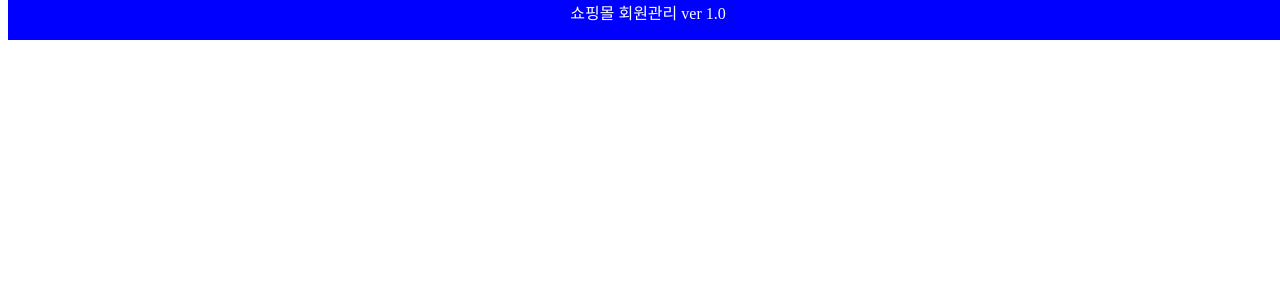
Repository: RnfElwl/youtube_infoT
Page: http://localhost/HRD_30812/
These files come from the project's save history. The page is drawn as it stood at one moment and after the next save; the edit follows.
The browser window is 1280 px wide. The pictures show the whole page.
The page is served by Tomcat 9. Other server files are loaded and not shown.

Above is the page before, as saved 2022-03-10 14:01:06.

### HRD_30812/src/main/webapp/index.jsp
<%@ page language="java" contentType="text/html; charset=UTF-8"
    pageEncoding="UTF-8"%>
<!DOCTYPE html>
<html>
<head>
<meta charset="UTF-8">
<title>index</title>
</head>
<body>
	<header style="position:fixed; top:0px; width:100%; height:40px;
	background-color:blue; color:white; text-align:center; line-height:40px '"> 쇼핑몰 회원관리 ver 1.0</header>

</body>
</html>

After the next save:
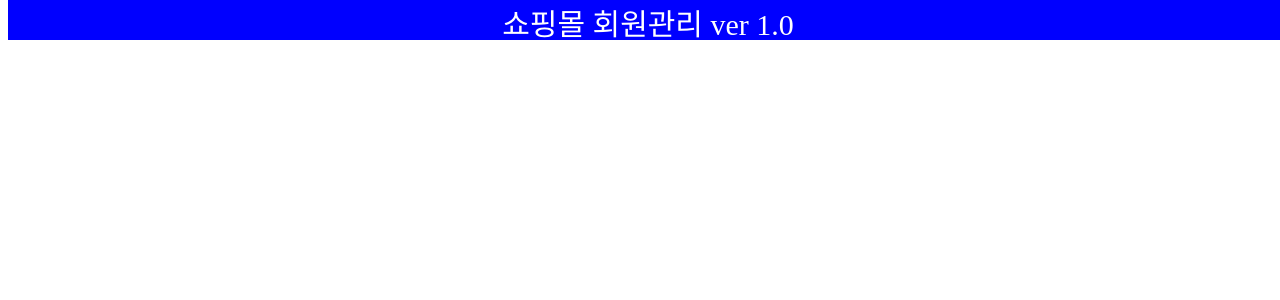
Saved 41 s later.
--- a/HRD_30812/src/main/webapp/index.jsp
+++ b/HRD_30812/src/main/webapp/index.jsp
@@ -8,7 +8,7 @@
 </head>
 <body>
 	<header style="position:fixed; top:0px; width:100%; height:40px;
-	background-color:blue; color:white; text-align:center; line-height:40px '"> 쇼핑몰 회원관리 ver 1.0</header>
+	background-color:blue; color:white;font-size:30px; text-align:center; line-height:40px '"> 쇼핑몰 회원관리 ver 1.0</header>
 
 </body>
 </html>
